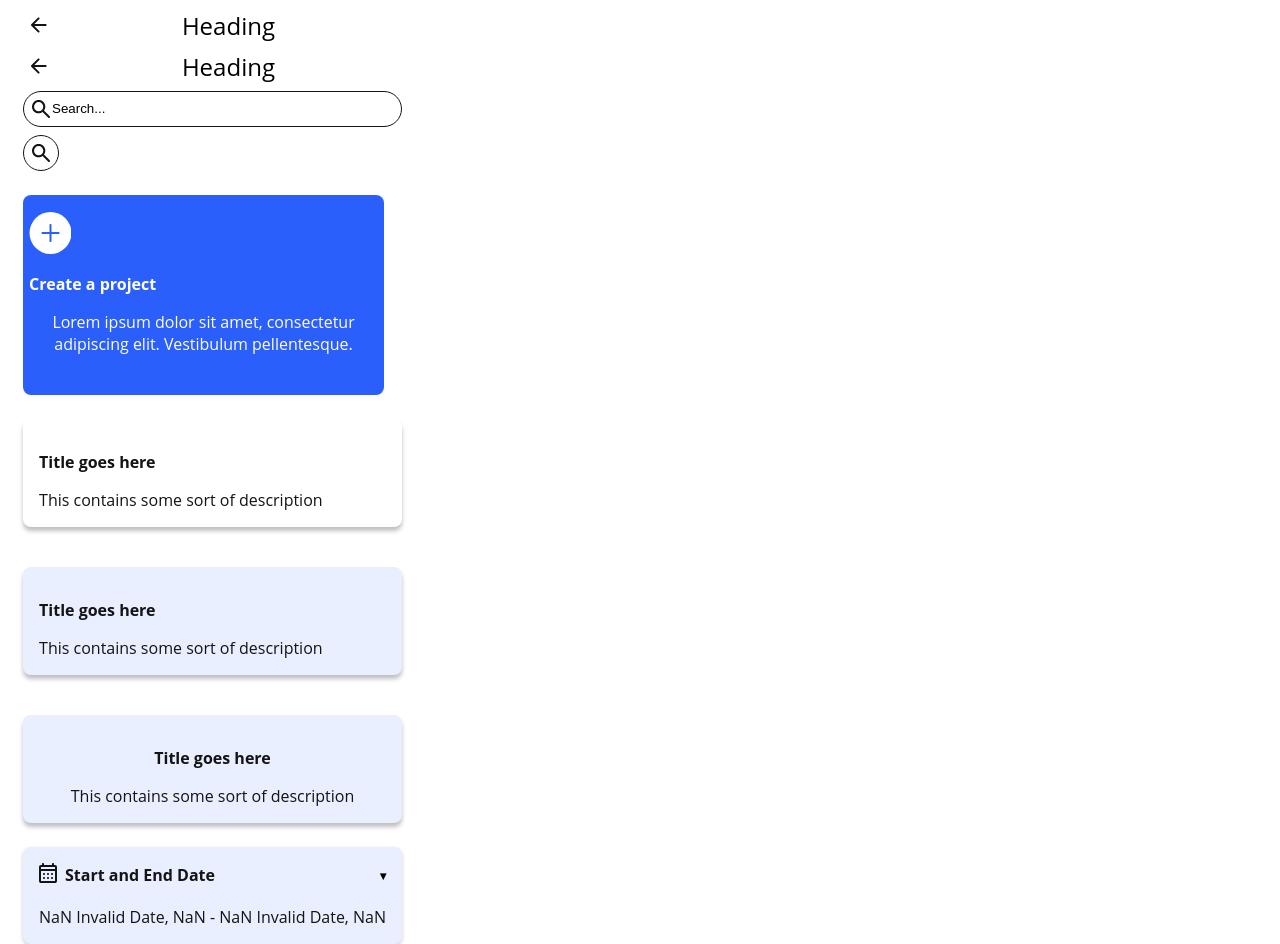
Repository: brunaguarizo/mosaic_app
Page: /
These files come from the project's save history. The page is drawn as it stood at one moment and after the next save; the edit follows.
The browser window is 1280 px wide. The pictures show the whole page.
The project was rebuilt for these pictures with package versions that can differ from the ones it lists, and the page was loaded fresh each time. The framework's server and built-in components were replaced by stand-ins that run in the browser. Also part of the build but not shown: next.config.mjs, app/_ui/navbar/navbar.js, app/_ui/Button/Button.js, app/_ui/Tag/Tag.js, app/_ui/Project_card/Project_card.js, app/_ui/Date_PopUp/Date_PopUp.module.css, app/_ui/Date_PopUp/Date_PopUp.js.

Above is the page before, as saved 2025-04-18 19:08:05.

### app/page.js
import Styles from "@/app/page.module.css";
import Navbar from "@/app/_ui/navbar/navbar";
import ProjectCard from "./_ui/Project_card/Project_card";
import Button from "./_ui/Button/Button";
import DatePicker from "./_ui/Date_PopUp/Date_PopUp";
import DateCard from "./_ui/Date_Card/Date_Card";
import CreateProject from "./_ui/Create_Project_Button/Create_Project_Button";
import DescriptionBox from "./_ui/Description_Box/Description_Box";
import Searchbar from "./_ui/Search_Bar/Search_Bar";
import Headingbar from "./_ui/Heading_Bar/Heading_Bar";

export default function Home() {
    return (
        <div className={Styles.container}>
            <Headingbar
                heading='Heading'
                type='navigation'
            />
            <Headingbar
                heading='Heading'
                type='navigation'
            />
            <Searchbar type='primary' />
            <Searchbar
                type='secondary'
                inputView='invisible'
            />

            <CreateProject />
            <DescriptionBox
                title='Title goes here'
                description='This contains some sort of description'
                useCase='primary'
            />
            <DescriptionBox
                title='Title goes here'
                description='This contains some sort of description'
                useCase='secondary'
            />
            <DescriptionBox
                title='Title goes here'
                description='This contains some sort of description'
                useCase='conditions'
            />
            <DateCard />
        </div>
    );
}

### app/globals.css
/* ------------------------------------------------------ GENERAL STYLES ------------------------------------------------------ */
*,
*::before,
*::after {
    box-sizing: inherit;
}

html,
body {
    padding: 0;
    margin: 0;
    font-family: var(--font-family);
    box-sizing: border-box;
}

html {
    display: flex;
    justify-content: center;
    align-items: center;
    width: 393px;
    height: 100%;
    margin: var(--space-regular);
}

.container {
}

.two-column {
    display: grid;
    grid-template-columns: 1fr 1fr;
    gap: var(--space-large);
}

/* ------------------------------------------------------ VARIABLES ------------------------------------------------------ */
:root {
    /* ----- COLORS ----- */
    --blue-primary: rgb(43, 95, 252);
    --blue-50: rgb(234, 239, 255);
    --blue-900: rgb(18, 40, 106);
    --white: #ffffff;
    --black: rgb(20, 20, 20);
    --grey-400: rgb(67, 67, 67);
    --yellow-secondary: rgb(255, 218, 1);
    --orange-secondary: rgb(255, 94, 9);
    --green-secondary: rgb(0, 193, 79);
    --purple-secondary: rgb(154, 65, 255);

    /* ----- TYPE ----- */
    --font-family: "Open Sans", sans-serif;

    --header-xxlarge-size: 88px;
    --title-section-font-size: 30px;
    --button-font-size: 24px;
    --body-text-font-size: 20px;
    --menu-font-size: 16px;
    --label-font-size: 12px;

    --font-style-normal: normal;
    --font-weight-bold: bold;

    --line-height-xxlarge: 100px;
    --line-height-large: 36px;
    --line-height-medium: 28px;
    --line-height-small: 20px;

    /* ----- SPACING ----- */
    --space-small: 8px;
    --space-regular: 16px;
    --space-medium: 32px;
    --space-large: 48px;
    --space-extra-large: 140px;
}

### app/_ui/navbar/navbar.module.css

.nav {
    width: 393px;
    height: 72px;
    justify-content: center;
    align-items: center;
    display: flex;
    flex-direction: row;
    padding: 0;
    margin: 0;
    gap: var(--space-large);
    border-top: 1px solid var(--grey-50);
}

.navbar__item {
    display: flex;
    flex-direction: column;
    justify-content: center;
    align-items: center;
    gap: 4px;
    text-decoration: none;
    width: 60px;
    height: 44px;
    padding-left: 32px;
    padding-right: 32px;
    margin: 0;
}

.navbar__icon {
    max-width: 16px;
    padding: 0;
    margin: 0;
    fill: var(--black);
}

.navbar__text {
    color: var(--black);
    font-size: var(--label-font-size);
    font-weight: var(--font-weight-400);
    line-height: var(--line-height-small);
    text-decoration: none;
    padding: 0;
    margin: 0;
}

.navbar__item:hover .navbar__text,
.navbar__item:hover .navbar__icon,
.navbar__item:active .navbar__text,
.navbar__item:active .navbar__icon {
  color: var(--blue-primary);
  fill: var(--blue-primary);
}

/* ------------------------------------------------------ VARIABLES ------------------------------------------------------ */
:root {
    /* ----- COLORS ----- */
    --blue-primary: rgb(43,95,252);
    --blue-50: rgb(234, 239, 255);
    --blue-900: rgb(18, 40, 106);
    --white: #FFFFFF;
    --grey-50: #E8E8E8;
    --black: rgb(20, 20, 20);
    --grey-400: rgb(67, 67, 67);
    --yellow-secondary: rgb(255, 218, 1);
    --orange-secondary: rgb(255, 94, 9);
    --green-secondary: rgb(0, 193, 79);
    --purple-secondary: rgb(154, 65, 255);

    /* ----- TYPE ----- */
    --font-family: "Open Sans", sans-serif;

    --header-xxlarge-size: 88px;
    --title-section-font-size: 30px;
    --button-font-size: 24px;
    --body-text-font-size: 20px;
    --menu-font-size: 16px;
    --label-font-size: 12px;

    --font-style-normal: normal;
    --font-weight-bold: bold;

    --line-height-xxlarge: 100px;
    --line-height-large: 36px;
    --line-height-medium: 28px;
    --line-height-small: 20px;

    /* ----- SPACING ----- */
    --space-small: 8px;
    --space-regular: 16px;
    --space-medium: 32px;
    --space-large: 48px;
    --space-extra-large: 88px;
  }

### app/_ui/Project_card/Project_card.module.css
.card__container {
    display: flex;
    flex-direction: column;
    justify-content: center;
    align-items: center;
    background-color: var(--blue-50);
    border-radius: var(--space-small);
    padding: var(--space-regular);
    gap: var(--space-regular);
}

.card__menu {
    width: 100%;
    display: flex;
    justify-content: flex-end;
    padding: 0;
    margin: 0;
}

.card__icon {
    fill: var(--blue-primary);
    padding: 0;
    margin: 0;

    &:hover {
        fill: var(--blue-900);
    }
}

.card__title {
    font-family: var(--font-family);
    font-size: var(--font-size-regular);
    font-weight: var(--font-weight-bold);
    color: var(--black);
    padding: 0;
    margin: 0;
}

.card__text {
    font-family: var(--font-family);
    font-size: var(--font-size-small);
    font-weight: var(--font-weight-regular);
    color: var(--black);
    text-align: center;
    padding: 0;
    margin: 0;
    max-width: 220px;
}

.date {
    display: flex;
    align-items: center;
    gap: var(--space-small);
    padding: 0;
    margin: 0;
}

.date__icon {
    fill: var(--black);
    padding: 0;
    margin: 0;
}

/* ------------------------------------------------------ VARIABLES ------------------------------------------------------ */
:root {
    /* ----- COLORS ----- */
    --blue-primary: rgb(43, 95, 252);
    --blue-50: rgb(234, 239, 255);
    --blue-100: #bdcdfe;
    --blue-900: rgb(18, 40, 106);
    --white: #ffffff;
    --black: rgb(20, 20, 20);
    --grey-400: rgb(67, 67, 67);
    --yellow-secondary: rgb(255, 218, 1);
    --orange-secondary: rgb(255, 94, 9);
    --green-secondary: rgb(0, 193, 79);
    --purple-secondary: rgb(154, 65, 255);

    /* ----- TYPE ----- */
    --font-family: "Open Sans", sans-serif;

    --font-size-extra-large: 30px;
    --font-size-large: 24px;
    --font-size-medium: 20px;
    --font-size-regular: 16px;
    --font-size-small: 12px;

    --font-style-normal: normal;
    --font-weight-bold: bold;

    --line-height-xxlarge: 100px;
    --line-height-large: 36px;
    --line-height-medium: 28px;
    --line-height-small: 20px;

    /* ----- SPACING ----- */
    --space-small: 8px;
    --space-regular: 16px;
    --space-medium: 32px;
    --space-large: 48px;
    --space-extra-large: 140px;
}

### app/_ui/Button/Button.module.css
.button {
    font-family: var(--font-family);
    font-size: var(--font-size-regular);
    font-weight: var(--font-weight-bold);
    width: 100%;
    padding-top: var(--space-small);
    padding-left: var(--space-regular);
    padding-right: var(--space-regular);
    padding-bottom: var(--space-small);
    border-radius: 100px;
    align-items: center;
    border: none;

    &:hover {
        background-color: var(--blue-900);
        color: var(--white);
    }
}

.primary {
    background: var(--blue-primary);
    color: var(--white);
}

.secondary {
    background-color: var(--white);
    border: 1px solid var(--blue-primary);
    color: var(--blue-primary);
}

.disabled {
    pointer-events: none;
    color: var(--white);
    background-color: var(--blue-100);
}

.small {
    font-size: var(--font-size-small);
    padding: var(--space-small);
    align-items: center;
}

.large {
    font-size: var(--font-size-large);
    padding: var(--space-regular);
}

.error {
    background-color: var(--orange-secondary);
}

/* ------------------------------------------------------ VARIABLES ------------------------------------------------------ */
:root {
    /* ----- COLORS ----- */
    --blue-primary: rgb(43, 95, 252);
    --blue-50: rgb(234, 239, 255);
    --blue-100: #bdcdfe;
    --blue-900: rgb(18, 40, 106);
    --white: #ffffff;
    --black: rgb(20, 20, 20);
    --grey-400: rgb(67, 67, 67);
    --yellow-secondary: rgb(255, 218, 1);
    --orange-secondary: rgb(255, 94, 9);
    --green-secondary: rgb(0, 193, 79);
    --purple-secondary: rgb(154, 65, 255);

    /* ----- TYPE ----- */
    --font-family: "Open Sans", sans-serif;

    --font-size-extra-large: 30px;
    --font-size-large: 24px;
    --font-size-medium: 20px;
    --font-size-regular: 16px;
    --font-size-small: 12px;

    --font-style-normal: normal;
    --font-weight-bold: bold;

    --line-height-xxlarge: 100px;
    --line-height-large: 36px;
    --line-height-medium: 28px;
    --line-height-small: 20px;

    /* ----- SPACING ----- */
    --space-small: 8px;
    --space-regular: 16px;
    --space-medium: 32px;
    --space-large: 48px;
    --space-extra-large: 140px;
}

### app/_ui/Date_Card/Date_Card.module.css
.card {
    background-color: var(--blue-50);
    border-radius: var(--space-small);
    padding: var(--space-regular);
    gap: var(--space-regular);
    box-shadow: 0 2px 4px rgba(0, 0, 0, 0.2);
    font-family: var(--font-family);
    cursor: pointer;
    display: flex;
    flex-direction: column;
    width: fit-content;
}

.header {
    display: flex;
    align-items: center;
    gap: var(--space-small);
    font-size: var(--font-size-regular);
    font-weight: var(--font-weight-bold);
    color: var(--black);
}

.label {
    flex-grow: 1;
}

.arrow {
    font-size: var(--font-size-small);
    color: black;
}

.arrow:hover {
    font-size: var(--font-size-small);
    color: var(--blue-primary);
}

.dateRange {
    margin-top: 2px;
    font-size: var(--font-size-regular);
    color: var(--black);
}

/* ------------------------------------------------------ VARIABLES ------------------------------------------------------ */
:root {
    /* ----- COLORS ----- */
    --blue-primary: rgb(43, 95, 252);
    --blue-50: rgb(234, 239, 255);
    --blue-100: #bdcdfe;
    --blue-900: rgb(18, 40, 106);
    --white: #ffffff;
    --black: rgb(20, 20, 20);
    --grey-400: rgb(67, 67, 67);
    --yellow-secondary: rgb(255, 218, 1);
    --orange-secondary: rgb(255, 94, 9);
    --green-secondary: rgb(0, 193, 79);
    --purple-secondary: rgb(154, 65, 255);

    /* ----- TYPE ----- */
    --font-family: "Open Sans", sans-serif;

    --font-size-extra-large: 30px;
    --font-size-large: 24px;
    --font-size-medium: 20px;
    --font-size-regular: 16px;
    --font-size-small: 12px;

    --font-style-normal: normal;
    --font-weight-bold: bold;

    --line-height-xxlarge: 100px;
    --line-height-large: 36px;
    --line-height-medium: 28px;
    --line-height-small: 20px;

    /* ----- SPACING ----- */
    --space-small: 8px;
    --space-regular: 16px;
    --space-medium: 32px;
    --space-large: 48px;
    --space-extra-large: 140px;
}

### app/_ui/Create_Project_Button/Create_Project_Button.module.css
.button_background {
    background-color: var(--blue-primary);
    border-radius: var(--space-small);
    border: none;
    width: 361px;
    height: 200px;
    display: flex;
    flex-direction: column;
    margin-top: var(--space-regular);
}

.button_icon {
    width: 42px;
    height: 42px;
    align-self: center;
    box-sizing: content-box;
    margin-top: var(--space-regular);
}

.button_heading {
    text-align: center;
    font-family: "Open Sans", sans-serif;
    font-size: var(--menu-font-size);
    font-weight: var(--font-weight-bold);
    color: white;
    padding: 0px;
    border: 0px;
    margin-top: var(--space-regular);
    margin-bottom: 0px;
}

.button_description {
    font-family: "Open Sans", sans-serif;
    font-size: var(--menu-font-size);
    font-style: var(--font-weight-normal);
    color: white;
    border: 0px;
    padding: 0px;
    margin-top: var(--space-regular);
    margin-bottom: 0px;
}
/* ------------------------------------------------------ VARIABLES ------------------------------------------------------ */
:root {
    /* ----- COLORS ----- */
    --blue-primary: rgb(43, 95, 252);
    --blue-50: rgb(234, 239, 255);
    --blue-900: rgb(18, 40, 106);
    --white: #ffffff;
    --grey-50: #e8e8e8;
    --black: rgb(20, 20, 20);
    --grey-400: rgb(67, 67, 67);
    --yellow-secondary: rgb(255, 218, 1);
    --orange-secondary: rgb(255, 94, 9);
    --green-secondary: rgb(0, 193, 79);
    --purple-secondary: rgb(154, 65, 255);

    /* ----- TYPE ----- */
    --font-family: "Open Sans", sans-serif;

    --header-xxlarge-size: 88px;
    --title-section-font-size: 30px;
    --button-font-size: 24px;
    --body-text-font-size: 20px;
    --menu-font-size: 16px;
    --label-font-size: 12px;

    --font-style-normal: normal;
    --font-weight-bold: bold;

    --line-height-xxlarge: 100px;
    --line-height-large: 36px;
    --line-height-medium: 28px;
    --line-height-small: 20px;

    /* ----- SPACING ----- */
    --space-small: 8px;
    --space-regular: 16px;
    --space-medium: 32px;
    --space-large: 48px;
    --space-extra-large: 140px;
}

### app/_ui/Description_Box/Description_Box.module.css
.project_primary {
    display: flex;
    flex-direction: column;
    border-radius: var(--space-small);
    text-align: left;
    padding: var(--space-regular);
    text-align: left;
    margin-top: var(--space-regular);
    margin-bottom: var(--space-regular);
    box-shadow: 0px 4px 4px rgba(0, 0, 0, 0.25);
}
.project_secondary {
    display: flex;
    flex-direction: column;
    border-radius: var(--space-small);
    text-align: left;
    padding: var(--space-regular);
    text-align: left;
    margin-top: var(--space-regular);
    background-color: var(--blue-50);
    box-shadow: 0px 4px 4px rgba(0, 0, 0, 0.25);
}
.description_heading {
    text-align: left;
    font-family: "Open Sans", sans-serif;
    font-size: var(--menu-font-size);
    font-weight: var(--font-weight-bold);
    color: var(--black);
    padding: 0px;
    border: 0px;
    box-sizing: content-box;
    margin-top: var(--space-regular);
    margin-bottom: 0px;
}
.description_body {
    font-family: "Open Sans", sans-serif;
    font-size: var(--menu-font-size);
    font-style: var(--font-weight-normal);
    color: var(--black);
    margin-top: var(--space-regular);
    margin-bottom: 0px;
}

.conditions {
    display: flex;
    flex-direction: column;
    border-radius: var(--space-small);
    align-items: center;
    padding: var(--space-regular);
    text-align: center;
    background-color: var(--blue-50);
    margin-top: var(--space-regular);
}

/* ------------------------------------------------------ VARIABLES ------------------------------------------------------ */
:root {
    /* ----- COLORS ----- */
    --blue-primary: rgb(43, 95, 252);
    --blue-50: rgb(234, 239, 255);
    --blue-900: rgb(18, 40, 106);
    --white: #ffffff;
    --grey-50: #e8e8e8;
    --black: rgb(20, 20, 20);
    --grey-400: rgb(67, 67, 67);
    --yellow-secondary: rgb(255, 218, 1);
    --orange-secondary: rgb(255, 94, 9);
    --green-secondary: rgb(0, 193, 79);
    --purple-secondary: rgb(154, 65, 255);

    /* ----- TYPE ----- */
    --font-family: "Open Sans", sans-serif;

    --header-xxlarge-size: 88px;
    --title-section-font-size: 30px;
    --button-font-size: 24px;
    --body-text-font-size: 20px;
    --menu-font-size: 16px;
    --label-font-size: 12px;

    --font-style-normal: normal;
    --font-weight-bold: bold;

    --line-height-xxlarge: 100px;
    --line-height-large: 36px;
    --line-height-medium: 28px;
    --line-height-small: 20px;

    /* ----- SPACING ----- */
    --space-small: 8px;
    --space-regular: 16px;
    --space-medium: 32px;
    --space-large: 48px;
    --space-extra-large: 140px;
}

### app/_ui/Search_Bar/Search_Bar.module.css
.primary {
    border: 1px solid var(--black);
    padding: 8px;
    box-sizing: content-box;
    display: flex;
    flex-direction: row;
    border-radius: 100px;
}

.secondary {
    border: 1px solid var(--black);
    border-radius: 100px;
    width: 18px;
}

.visible {
    border: none;
}
.invisible {
    display: none;
}

.search_item {
    border: none;
}

.search_item:focus {
    outline: none;
    box-shadow: none;
}

/* ------------------------------------------------------ VARIABLES ------------------------------------------------------ */
:root {
    /* ----- COLORS ----- */
    --blue-primary: rgb(43, 95, 252);
    --blue-50: rgb(234, 239, 255);
    --blue-900: rgb(18, 40, 106);
    --white: #ffffff;
    --grey-50: #e8e8e8;
    --black: rgb(20, 20, 20);
    --grey-400: rgb(67, 67, 67);
    --yellow-secondary: rgb(255, 218, 1);
    --orange-secondary: rgb(255, 94, 9);
    --green-secondary: rgb(0, 193, 79);
    --purple-secondary: rgb(154, 65, 255);

    /* ----- TYPE ----- */
    --font-family: "Open Sans", sans-serif;

    --header-xxlarge-size: 88px;
    --title-section-font-size: 30px;
    --button-font-size: 24px;
    --body-text-font-size: 20px;
    --menu-font-size: 16px;
    --label-font-size: 12px;

    --font-style-normal: normal;
    --font-weight-bold: bold;

    --line-height-xxlarge: 100px;
    --line-height-large: 36px;
    --line-height-medium: 28px;
    --line-height-small: 20px;

    /* ----- SPACING ----- */
    --space-small: 8px;
    --space-regular: 16px;
    --space-medium: 32px;
    --space-large: 48px;
    --space-extra-large: 140px;
}

### app/_ui/Heading_Bar/Heading_Bar.module.css
.contentInner {
    display: flex;
    flex-direction: column;
    gap: 16px;
}

.row {
    display: flex;
    align-items: center;
}

.heading {
    flex-grow: 1;
    text-align: center;
    font-weight: 500;
    font-size: var(--button-font-size);
}

.icon {
    color: var(--blue-50);
    display: flex;
    align-items: center;
    justify-content: center;
}
.visible {
    display: flex;
}

.hidden {
    display: none;
}

.iconButton {
    background: none;
    border: none;
    cursor: pointer;
    color: var(--blue-50);
    display: flex;
    align-items: center;
    justify-content: center;
    padding: 4px;
}

.iconButton:hover {
    background-color: var(--blue-50);
    border-radius: 50%;
}

.pagination {
    flex-grow: 1;
    text-align: right;
    color: var(--black);
    font-size: 14px;
    padding-right: 8px;
}
/* ------------------------------------------------------ VARIABLES ------------------------------------------------------ */
:root {
    /* ----- COLORS ----- */
    --blue-primary: rgb(43, 95, 252);
    --blue-50: rgb(234, 239, 255);
    --blue-900: rgb(18, 40, 106);
    --white: #ffffff;
    --grey-50: #e8e8e8;
    --black: rgb(20, 20, 20);
    --grey-400: rgb(67, 67, 67);
    --yellow-secondary: rgb(255, 218, 1);
    --orange-secondary: rgb(255, 94, 9);
    --green-secondary: rgb(0, 193, 79);
    --purple-secondary: rgb(154, 65, 255);

    /* ----- TYPE ----- */
    --font-family: "Open Sans", sans-serif;

    --header-xxlarge-size: 88px;
    --title-section-font-size: 30px;
    --button-font-size: 24px;
    --body-text-font-size: 20px;
    --menu-font-size: 16px;
    --label-font-size: 12px;

    --font-style-normal: normal;
    --font-weight-bold: bold;

    --line-height-xxlarge: 100px;
    --line-height-large: 36px;
    --line-height-medium: 28px;
    --line-height-small: 20px;

    /* ----- SPACING ----- */
    --space-small: 8px;
    --space-regular: 16px;
    --space-medium: 32px;
    --space-large: 48px;
    --space-extra-large: 140px;
}

### app/_ui/Tag/Tag.module.css
.tag {
    font-family: var(--font-family);
    font-size: var(--font-size-small);
    font-weight: var(--font-weight-regular);
    width: 80px;
    padding: var(--space-extra-small);
    border-radius: 100px;
    border: none;
    background-color: var(--orange-secondary);

    display: flex;
    justify-content: center;
    align-items: center;
    text-align: center;
}

/* ------------------------------------------------------ VARIABLES ------------------------------------------------------ */
:root {
    /* ----- COLORS ----- */
    --blue-primary: rgb(43, 95, 252);
    --blue-50: rgb(234, 239, 255);
    --blue-100: #bdcdfe;
    --blue-900: rgb(18, 40, 106);
    --white: #ffffff;
    --black: rgb(20, 20, 20);
    --grey-400: rgb(67, 67, 67);
    --yellow-secondary: rgb(255, 218, 1);
    --orange-secondary: rgb(255, 94, 9);
    --green-secondary: rgb(0, 193, 79);
    --purple-secondary: rgb(154, 65, 255);

    /* ----- TYPE ----- */
    --font-family: "Open Sans", sans-serif;

    --font-size-extra-large: 30px;
    --font-size-large: 24px;
    --font-size-medium: 20px;
    --font-size-regular: 16px;
    --font-size-small: 12px;

    --font-style-normal: normal;
    --font-weight-bold: bold;

    --line-height-xxlarge: 100px;
    --line-height-large: 36px;
    --line-height-medium: 28px;
    --line-height-small: 20px;

    /* ----- SPACING ----- */
    --space-extra-small: 4px;
    --space-small: 8px;
    --space-regular: 16px;
    --space-medium: 32px;
    --space-large: 48px;
    --space-extra-large: 140px;
}

Loaded but not shown: app/layout.js (common file); app/_ui/Heading_Bar/Heading_Bar.js (110 lines, source omitted); app/_ui/Date_Card/Date_Card.js (50 lines, source omitted); app/_ui/Search_Bar/Search_Bar.js (36 lines, source omitted); app/_ui/Create_Project_Button/Create_Project_Button.js (38 lines, source omitted); app/_ui/Description_Box/Description_Box.js (18 lines, source omitted); app/page.module.css (174 lines, source omitted)

After the next save:
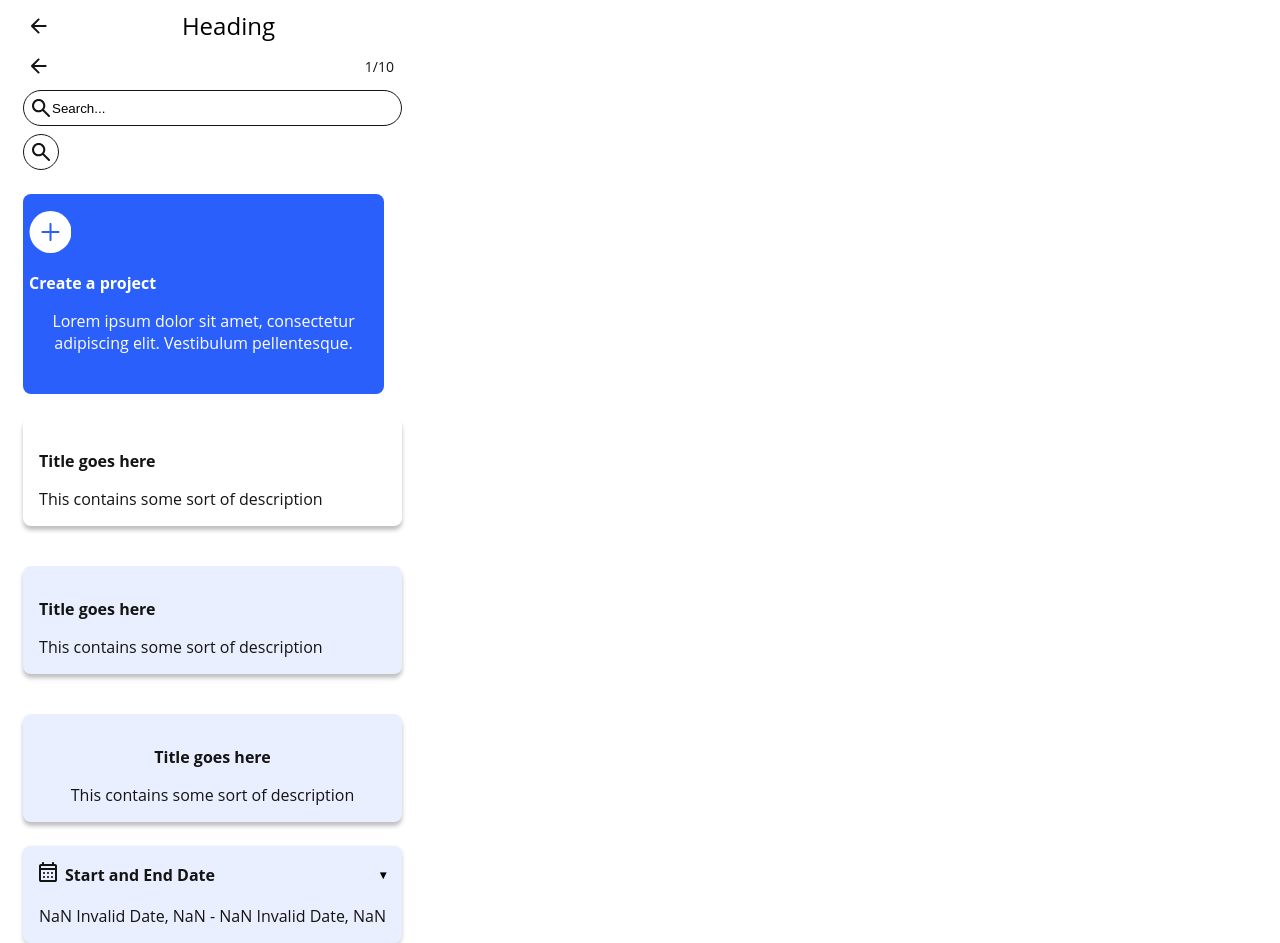
Saved 6 s later.
--- a/app/page.js
+++ b/app/page.js
@@ -18,7 +18,7 @@ export default function Home() {
             />
             <Headingbar
                 heading='Heading'
-                type='navigation'
+                type='pagination'
             />
             <Searchbar type='primary' />
             <Searchbar
